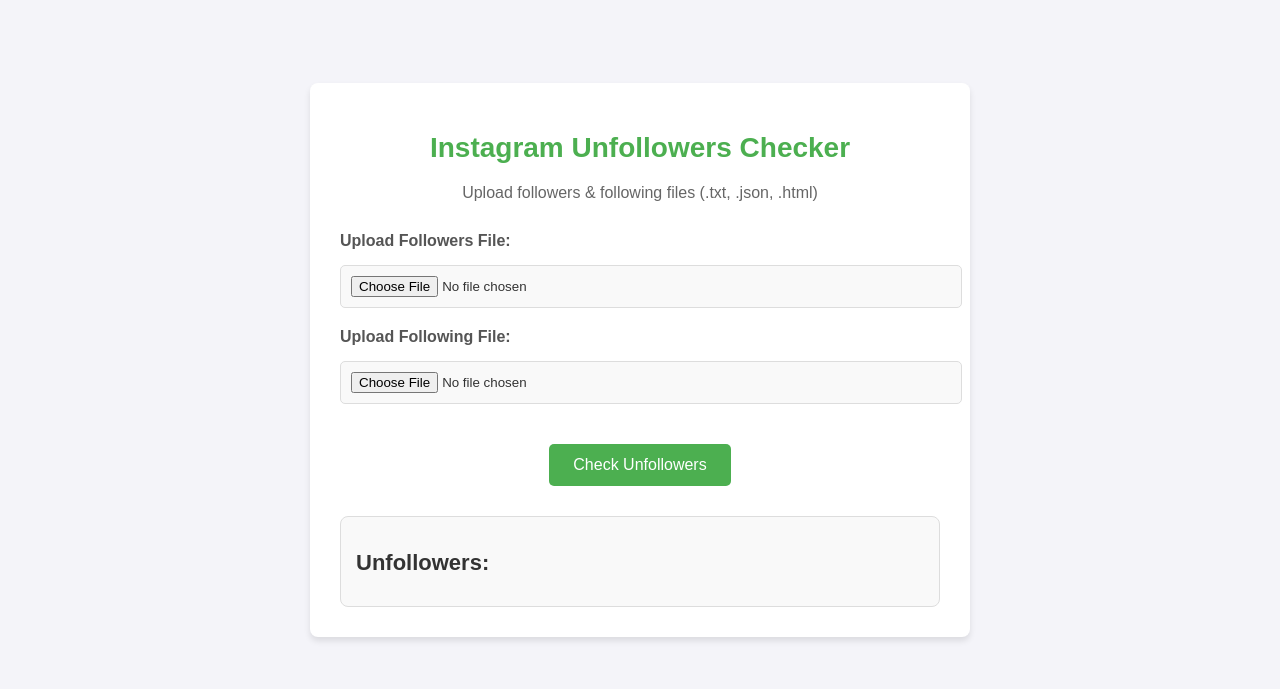
Repository: GiraldoNainggolan/IUC
Page: index.html
These files come from the project's save history. The page is drawn as it stood at one moment and after a run of saves; the edit follows.
The browser window is 1280 px wide. The pictures show the whole page.

Above is the page before, as saved 2025-02-04 16:12:16.

After the next 2 saves:
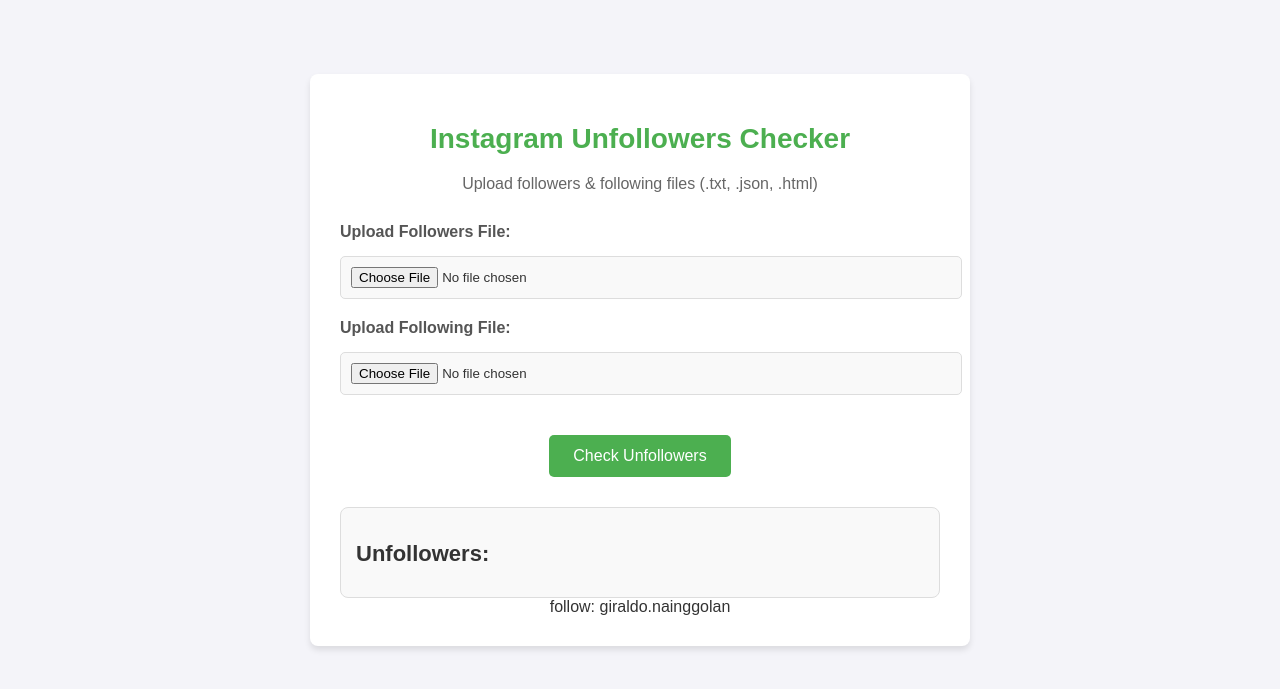
The 2 saves are shown as one change because they came seconds apart.
The last was saved 10 s later.
--- a/index.html
+++ b/index.html
@@ -26,7 +26,7 @@
             <ul id="unfollowersList"></ul>
         </div>
 
-
+        follow: giraldo.nainggolan
     </div>
     <script src="script.js"></script>
 </body>
